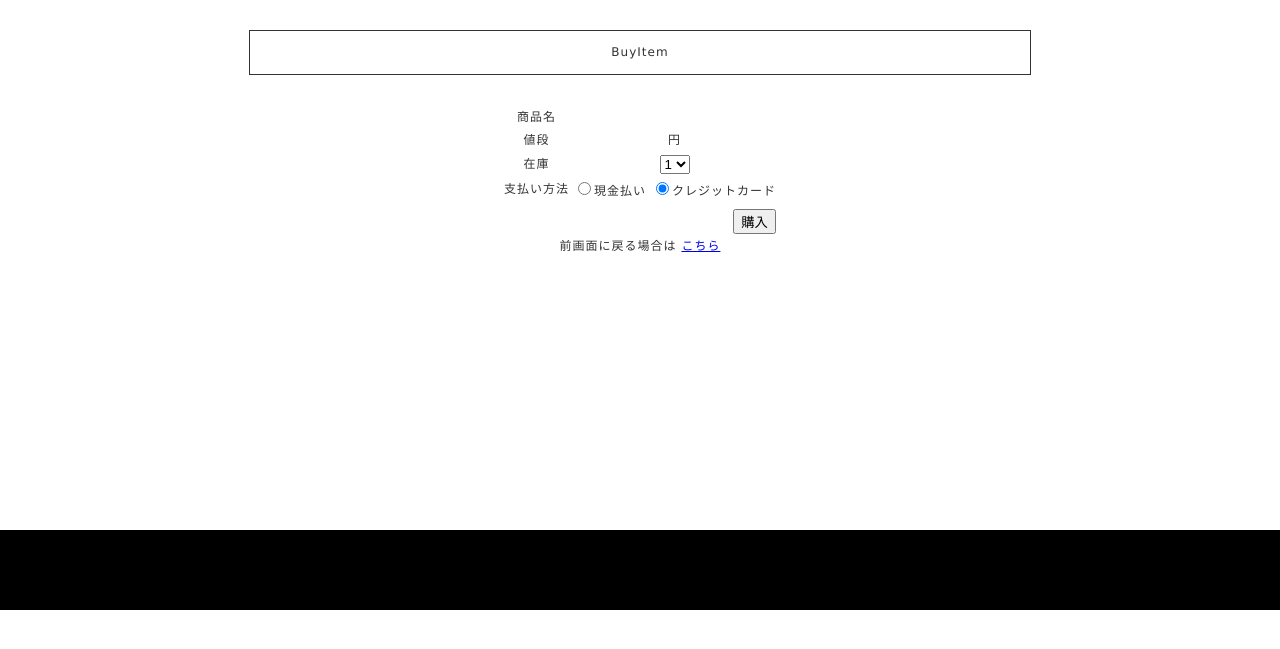
Repository: NoriakiYasumura/test01
Page: http://localhost/template/buyItem.jsp
An editor plug-in stored every save of this project. The page is shown before and after the next save, followed by the edit.
The browser window is 1280 px wide. The pictures show the whole page.
The page is served by Tomcat 9.

Above is the page before, as saved 2019-04-05 06:15:50.

After the next save:
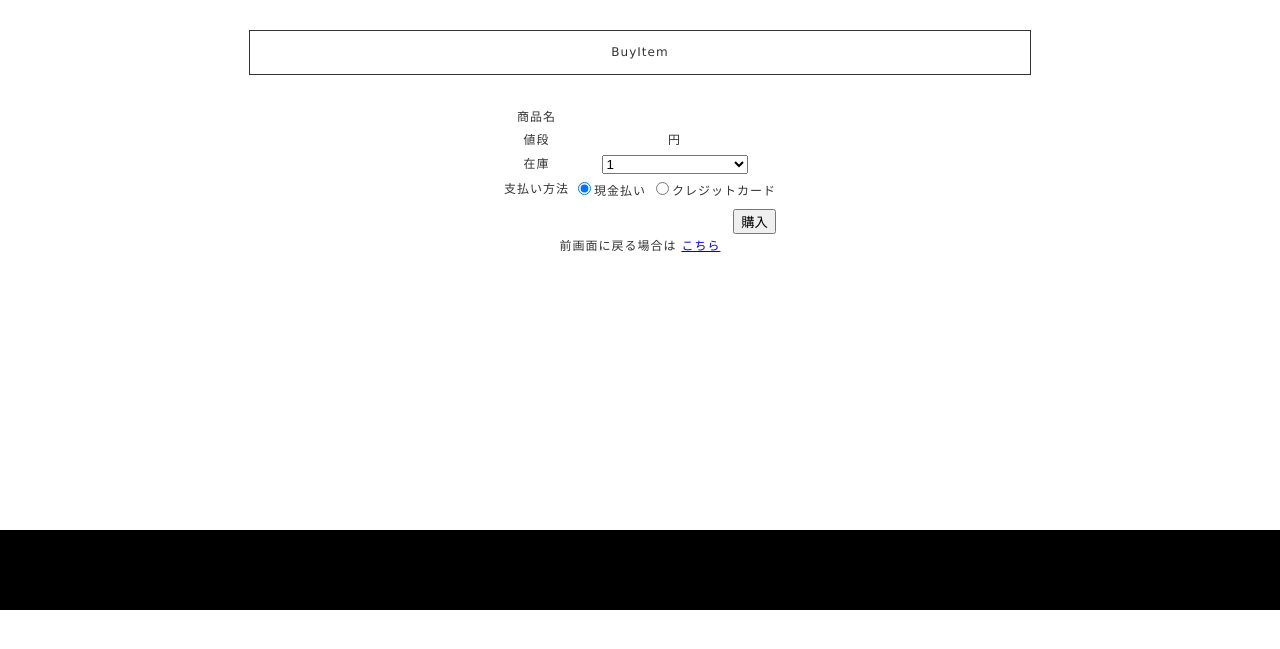
Saved 40 s later.
--- a/template/WebContent/buyItem.jsp
+++ b/template/WebContent/buyItem.jsp
@@ -85,11 +85,11 @@
 							</td>
 							<td>
 								<select name="stock">
-									<option value="1" selected="selected">1</option>
+									<option value="1" >1</option>
 									<option value="2">2</option>
 									<option value="3">3</option>
 									<option value="4">4</option>
-									<option value="5">5</option>
+									<option value="5">5selected="selected"</option>
 								</select>
 							</td>
 						</tr>
@@ -98,8 +98,8 @@
 								<span>支払い方法</span>
 							</td>
 							<td>
-								<input type="radio" name="pay" value="1" >現金払い
-								<input type="radio" name="pay" value="2" checked="checked">クレジットカード
+								<input type="radio" name="pay" value="1" checked="checked">現金払い
+								<input type="radio" name="pay" value="2" >クレジットカード
 							</td>
 						</tr>
 						<tr>
